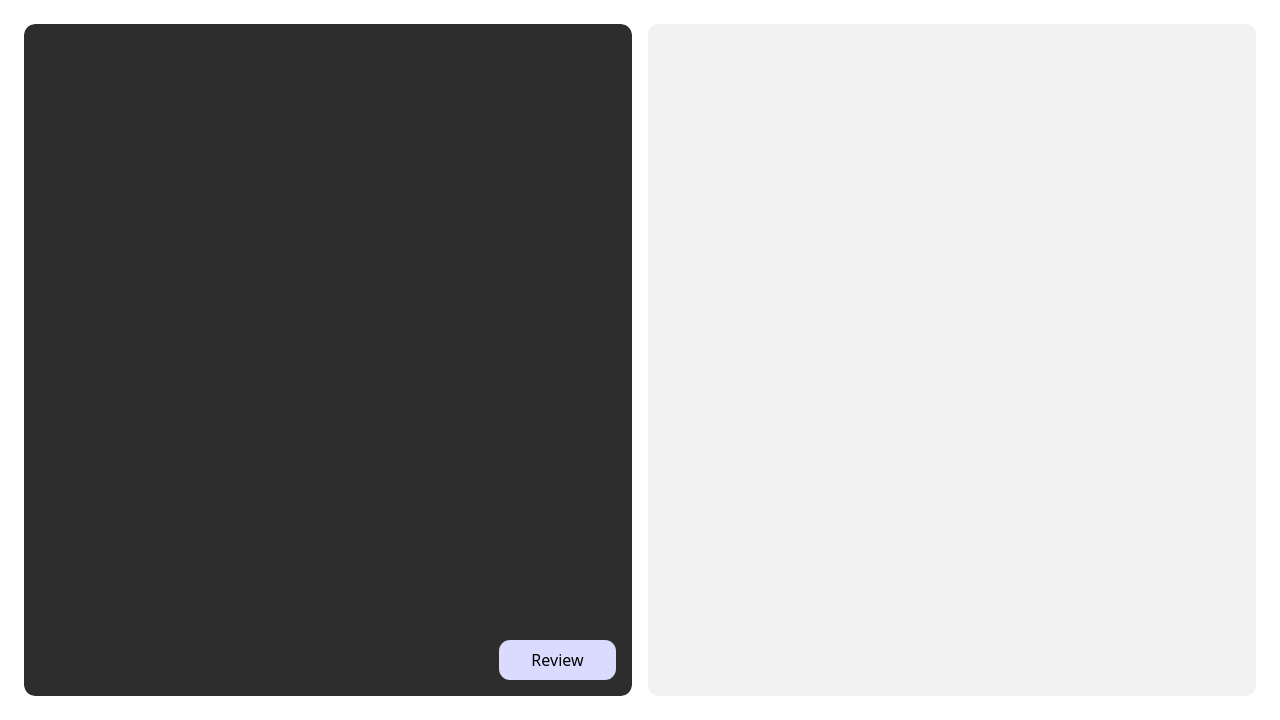
Repository: swarnabha-dutta/ai-code-reviewer
Page: / (app in frontend/)
An editor plug-in stored every save of this project. The page is shown before and after the next save, followed by the edit.
The browser window is 1280 px wide. The pictures show the whole page.
The project was rebuilt for these pictures with package versions that can differ from the ones it lists, and the page was loaded fresh each time. Also part of the build but not shown: frontend/vite.config.js.

Above is the page before, as saved 2025-06-07 09:08:55.

After the next save:
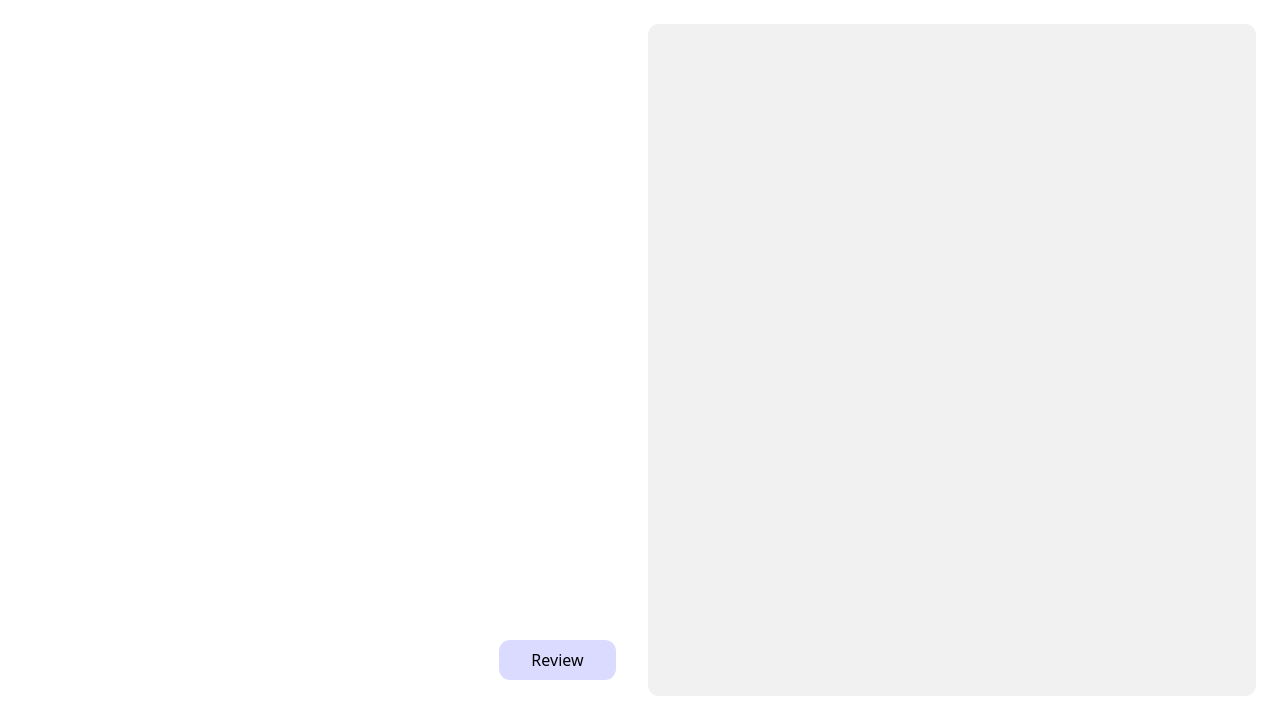
Saved 15 s later.
--- a/frontend/src/App.jsx
+++ b/frontend/src/App.jsx
@@ -19,11 +19,7 @@ function App() {
       <main>
         <div className="left">
           <div className="code">
-            <pre>
-              <code className="language-javascript ">
-                    {}
-              </code>
-            </pre>
+
           </div>
           <div className="review">Review</div>
         </div>
